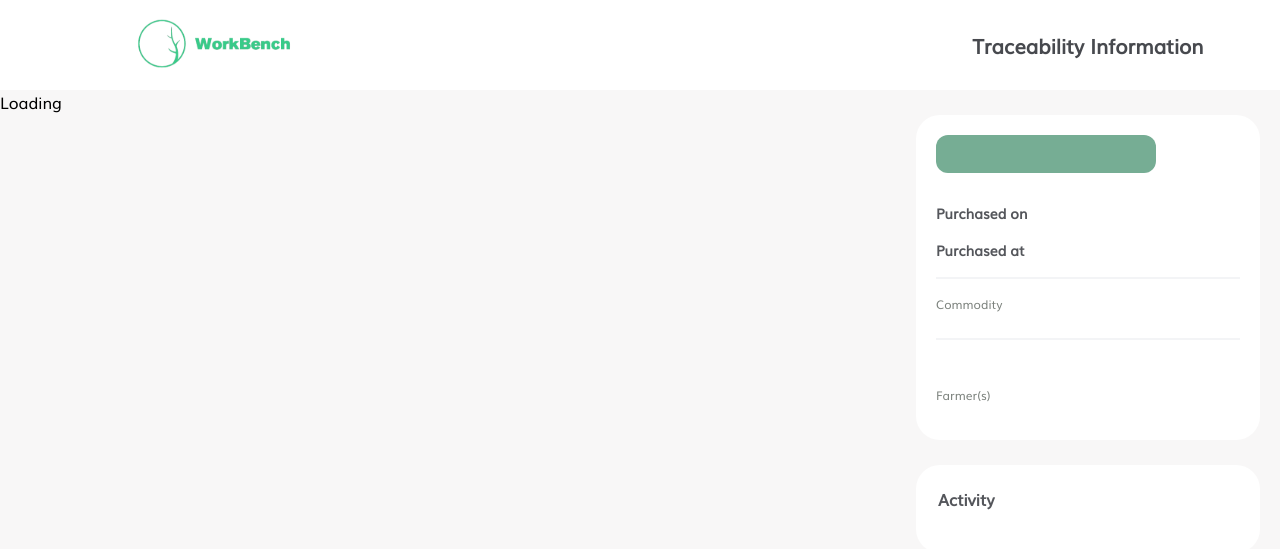
Repository: Hamezry/Traceability-Page
Page: /
These files come from the project's save history. The page is drawn as it stood at one moment and after the next save; the edit follows.
The browser window is 1280 px wide. The pictures show the whole page.
The page's requests for data from a server got no answer. The project was rebuilt for these pictures with package versions that can differ from the ones it lists, and the page was loaded fresh each time. No one was signed in, and anything a server would have sent is missing.

Above is the page before, as saved 2022-09-18 09:32:16.

After the next save:
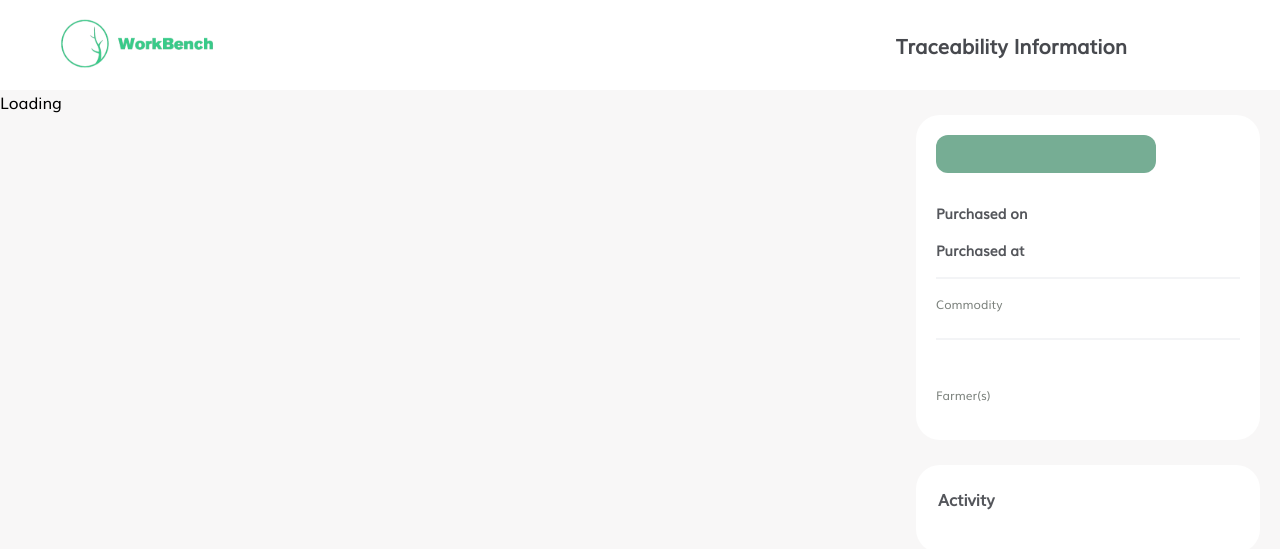
Saved 17 s later.
--- a/src/components/Navbar.js
+++ b/src/components/Navbar.js
@@ -3,7 +3,7 @@ import logo from '../Assets/logo.svg'
 
 const Navbar = () => {
   return (
-    <div className='w-full flex justify-center h-[90px] bg-white sticky font-muli  z-30  top-0 lg:items-center'>
+    <div className='w-full flex  h-[90px] bg-white sticky font-muli  z-30  top-0 lg:items-center'>
       <div className='w-[70%]'>
         <img src={logo} alt='nav-icon' className='h-[80px] w-[188px] lg:ml-[50px]' />
       </div>
